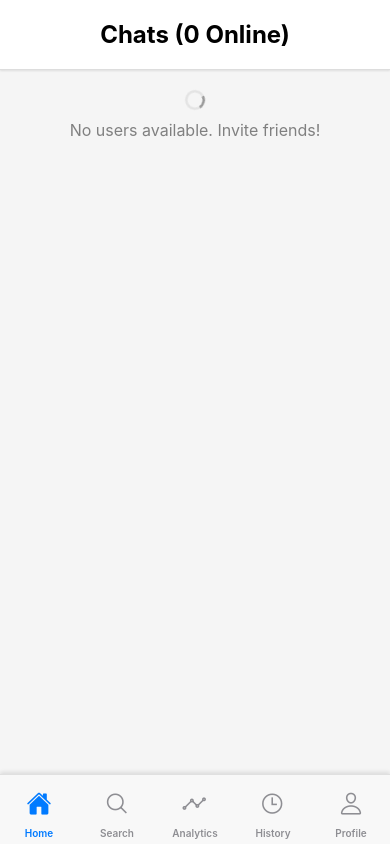
Repository: UdayRaj04/Chatapp_native
Screen: /MainTabs (app in ChatAppFrontend/)
The author's editor kept a copy of each file at every save. The screen is drawn from the files as they stood at one save, then again after the next save.
The app was drawn by React Native's web renderer in a window 390 px wide. The project was rebuilt for these pictures with package versions that can differ from the ones it lists, and the page was loaded fresh each time. Some packages were replaced by stand-ins written for this rebuild. Also part of the build but not shown: ChatAppFrontend/screens/RegisterScreen.tsx, ChatAppFrontend/screens/ChatScreen.tsx, ChatAppFrontend/screens/SearchScreen.tsx, ChatAppFrontend/screens/AnalyticsScreen.tsx, ChatAppFrontend/screens/HistoryScreen.tsx, ChatAppFrontend/screens/ProfileScreen.tsx.

Above is the screen before, as saved 2025-09-09 17:38:47.

### ChatAppFrontend/App.tsx
import 'react-native-get-random-values';  // Polyfill first
import React from 'react';
import { NavigationContainer } from '@react-navigation/native';
import { createStackNavigator } from '@react-navigation/stack';
import { createBottomTabNavigator } from '@react-navigation/bottom-tabs';
import { Ionicons } from '@expo/vector-icons';
import { LogBox, View } from 'react-native';
import { SafeAreaProvider } from 'react-native-safe-area-context';  // New: For dynamic insets

// Suppress warnings
LogBox.ignoreLogs([
  'Text strings must be rendered within a <Text> component',
  'VirtualizedList: You have a large list that is slow to initial render',
  'Require cycle:',
  /Warning: [A-Za-z ]*Text strings[A-Za-z ]*/,
]);

// Your existing screens
import LoginScreen from './screens/LoginScreen';
import RegisterScreen from './screens/RegisterScreen';
import ChatListScreen from './screens/ChatListScreen';
import ChatScreen from './screens/ChatScreen';

// Placeholder screens (ensure they exist)
import SearchScreen from './screens/SearchScreen';
import AnalyticsScreen from './screens/AnalyticsScreen';
import HistoryScreen from './screens/HistoryScreen';
import ProfileScreen from './screens/ProfileScreen';

const Stack = createStackNavigator();
const Tab = createBottomTabNavigator();

// Main Tab Navigator (enhanced with safe area for no overlap)
function MainTabs() {
  return (
    <Tab.Navigator
      screenOptions={({ route }) => ({
        tabBarIcon: ({ focused, color, size }) => {
          let iconName: keyof typeof Ionicons.glyphMap;

          if (route.name === 'Chats') {
            iconName = focused ? 'home' : 'home-outline';
          } else if (route.name === 'Search') {
            iconName = focused ? 'search' : 'search-outline';
          } else if (route.name === 'Analytics') {
            iconName = focused ? 'analytics' : 'analytics-outline';
          } else if (route.name === 'History') {
            iconName = focused ? 'time' : 'time-outline';
          } else {
            iconName = focused ? 'person' : 'person-outline';
          }

          return <Ionicons name={iconName} size={size} color={color} />;
        },
        tabBarActiveTintColor: '#007AFF',
        tabBarInactiveTintColor: '#8e8e93',
        tabBarStyle: {
          backgroundColor: '#f8f8f8',
          borderTopWidth: 0.5,
          borderTopColor: '#e0e0e0',
          elevation: 8,
          shadowColor: '#000',
          shadowOffset: { width: 0, height: -2 },
          shadowOpacity: 0.1,
          shadowRadius: 4,
          height: 70,  // Increased: Taller tab bar (60 was too tight; 70 + labels)
          paddingBottom: 5,  // Reduced top padding for balance
          paddingTop: 5,
          position: 'absolute',  // Explicit: Ensures absolute positioning
          bottom: 0,  // Pin to bottom
          left: 0,
          right: 0,
          marginBottom: 0,  // No extra margin
        },
        tabBarLabelStyle: {
          fontSize: 10,
          fontWeight: '600',
          marginBottom: 0,  // Tight labels
        },
        headerShown: false,
        lazy: true,
        // New: Apply safe area padding to tab screens (prevents overlap)
        cardStyle: { paddingBottom: 0 },  // No extra card padding
      })}
    >
      <Tab.Screen name="Chats" component={ChatListScreen} options={{ title: 'Home' }} />
      <Tab.Screen name="Search" component={SearchScreen} options={{ title: 'Search' }} />
      <Tab.Screen name="Analytics" component={AnalyticsScreen} options={{ title: 'Analytics' }} />
      <Tab.Screen name="History" component={HistoryScreen} options={{ title: 'History' }} />
      <Tab.Screen name="Profile" component={ProfileScreen} options={{ title: 'Profile' }} />
    </Tab.Navigator>
  );
}

// Main App - Wrapped in SafeAreaProvider
export default function App() {
  return (
    <SafeAreaProvider>  {/* New: Enables useSafeAreaInsets() */}
      <View style={{ flex: 1 }}>
        <NavigationContainer>
          <Stack.Navigator
            initialRouteName="Login"
            screenOptions={{
              headerShown: false,
              cardStyle: { backgroundColor: '#f5f5f5' },
            }}
          >
            <Stack.Screen name="Login" component={LoginScreen} />
            <Stack.Screen name="Register" component={RegisterScreen} />
            <Stack.Screen name="MainTabs" component={MainTabs} />
            <Stack.Screen
              name="Chat"
              component={ChatScreen}
              options={{
                headerShown: true,
                headerTitle: 'Chat',
                headerStyle: { backgroundColor: '#007AFF' },
                headerTintColor: '#fff',
                presentation: 'modal',
                // Hide tabs in chat to avoid overlap
                tabBarStyle: { display: 'none' },
              }}
            />
          </Stack.Navigator>
        </NavigationContainer>
      </View>
    </SafeAreaProvider>
  );
}

### ChatAppFrontend/screens/LoginScreen.tsx
import React, { useState } from 'react';
import {
  View,
  TextInput,
  TouchableOpacity,
  Text,
  StyleSheet,
  Alert,
  ActivityIndicator,
  KeyboardAvoidingView,
  Platform,
  Image,  // New: For logo
} from 'react-native';
import { Ionicons } from '@expo/vector-icons';  // For input icons
import { useSafeAreaInsets } from 'react-native-safe-area-context';  // For insets (provider in App.tsx)
import { useNavigation } from '@react-navigation/native';  // For navigation
import AsyncStorage from '@react-native-async-storage/async-storage';
import axios, { AxiosError } from 'axios';

const API_BASE = 'http://192.168.29.93:5000/api';

interface LoginResponse {
  token: string;
  user: {
    id?: string;
    _id?: string;
    username: string;
    email: string;
  };
}

export default function LoginScreen() {
  const [email, setEmail] = useState<string>('');
  const [password, setPassword] = useState<string>('');
  const [loading, setLoading] = useState<boolean>(false);
  const [emailError, setEmailError] = useState<string>('');
  const [passwordError, setPasswordError] = useState<string>('');
  const navigation = useNavigation<any>();
  const insets = useSafeAreaInsets();  // Use insets from root provider

  const validateEmail = (email: string): boolean => {
    const emailRegex = /^[^\s@]+@[^\s@]+\.[^\s@]+$/;
    if (!email) {
      setEmailError('Email is required');
      return false;
    }
    if (!emailRegex.test(email)) {
      setEmailError('Invalid email format');
      return false;
    }
    setEmailError('');
    return true;
  };

  const validatePassword = (password: string): boolean => {
    if (!password) {
      setPasswordError('Password is required');
      return false;
    }
    if (password.length < 6) {
      setPasswordError('Password must be at least 6 characters');
      return false;
    }
    setPasswordError('');
    return true;
  };

  const handleLogin = async (): Promise<void> => {
    if (!validateEmail(email) || !validatePassword(password)) return;

    setLoading(true);
    try {
      const response = await axios.post<LoginResponse>(`${API_BASE}/auth/login`, {
        email,
        password,
      });
      await AsyncStorage.setItem('token', response.data.token);
      await AsyncStorage.setItem('user', JSON.stringify(response.data.user));
      navigation.replace('MainTabs');  // Navigate to tabs on success
    } catch (err) {
      const error = err as AxiosError;
      Alert.alert('Login Failed', error.response?.data?.error || 'Invalid credentials');
    } finally {
      setLoading(false);
    }
  };

  return (
    <KeyboardAvoidingView
      style={[styles.container, { paddingTop: insets.top }]}
      behavior={Platform.OS === 'ios' ? 'padding' : 'height'}
      enabled={true}
    >
      {/* Title with Logo */}
      <View style={styles.titleContainer}>
        {/* New: Bigger Logo */}
        <Image
          source={require('../assets/logos.png')}  // Adjust path if needed (e.g., '../../assets/logo.png')
          style={styles.logo}
          resizeMode="contain"
        />
        <Text style={styles.title}>Seamless Chat</Text>
        <Text style={styles.subtitle}>Welcome back! Sign in to continue</Text>
      </View>

      {/* Form */}
      <View style={styles.formContainer}>
        {/* Email Input */}
        <View style={styles.inputContainer}>
          <Ionicons name="mail" size={24} color="#999" style={styles.inputIcon} />
          <TextInput
            style={[styles.input, emailError ? styles.inputError : null]}
            value={email}
            onChangeText={(text) => {
              setEmail(text);
              if (emailError) validateEmail(text);
            }}
            placeholder="Email"
            keyboardType="email-address"
            autoCapitalize="none"
            onBlur={() => validateEmail(email)}
          />
        </View>
        {emailError ? <Text style={styles.errorText}>{emailError}</Text> : null}

        {/* Password Input */}
        <View style={styles.inputContainer}>
          <Ionicons name="lock-closed" size={24} color="#999" style={styles.inputIcon} />
          <TextInput
            style={[styles.input, passwordError ? styles.inputError : null]}
            value={password}
            onChangeText={(text) => {
              setPassword(text);
              if (passwordError) validatePassword(text);
            }}
            placeholder="Password"
            secureTextEntry={true}
            onBlur={() => validatePassword(password)}
          />
        </View>
        {passwordError ? <Text style={styles.errorText}>{passwordError}</Text> : null}

        {/* Login Button */}
        <TouchableOpacity
          style={[styles.button, loading ? styles.buttonDisabled : null]}
          onPress={handleLogin}
          disabled={loading}
          activeOpacity={0.7}
        >
          {loading ? (
            <ActivityIndicator size="small" color="#fff" />
          ) : (
            <Text style={styles.buttonText}>Login</Text>
          )}
        </TouchableOpacity>

        {/* Register Link */}
        <TouchableOpacity
          style={styles.linkContainer}
          onPress={() => navigation.navigate('Register')}
        >
          <Text style={styles.linkText}>Don't have an account? Register</Text>
        </TouchableOpacity>
      </View>
    </KeyboardAvoidingView>
  );
}

const styles = StyleSheet.create({
  container: {
    flex: 1,
    backgroundColor: '#f5f5f5',
    justifyContent: 'center',
    alignItems: 'center',
  },
  titleContainer: {
    alignItems: 'center',
    marginBottom: 50,  // Increased: More space after logo/title to form
  },
  // New: Logo Style (Bigger, Centered)
  logo: {
    width: 120,  // Bigger size - adjust as needed (e.g., 100 for smaller)
    height: 120,
    marginBottom: 20,  // Space between logo and title
    alignSelf: 'center',
  },
  title: {
    fontSize: 32,
    fontWeight: 'bold',
    color: '#333',
    marginBottom: 5,
  },
  subtitle: {
    fontSize: 16,
    color: '#666',
    textAlign: 'center',
  },
  formContainer: {
    width: '85%',  // Responsive width
    alignItems: 'center',
  },
  inputContainer: {
    flexDirection: 'row',
    alignItems: 'center',
    backgroundColor: '#fff',
    borderRadius: 10,
    marginBottom: 15,
    paddingHorizontal: 15,
    elevation: 2,
    shadowColor: '#000',
    shadowOffset: { width: 0, height: 1 },
    shadowOpacity: 0.1,
    shadowRadius: 2,
    width: '100%',
  },
  inputIcon: {
    marginRight: 10,
  },
  input: {
    flex: 1,
    paddingVertical: 12,
    fontSize: 16,
    color: '#333',
  },
  inputError: {
    borderWidth: 1,
    borderColor: '#ff6b6b',
  },
  errorText: {
    color: '#ff6b6b',
    fontSize: 12,
    marginBottom: 10,
    alignSelf: 'flex-start',
  },
  button: {
    backgroundColor: '#007AFF',
    borderRadius: 10,
    paddingVertical: 15,
    width: '100%',
    alignItems: 'center',
    marginTop: 10,
    elevation: 2,
    shadowColor: '#007AFF',
    shadowOffset: { width: 0, height: 2 },
    shadowOpacity: 0.2,
    shadowRadius: 4,
  },
  buttonDisabled: {
    backgroundColor: '#ccc',
  },
  buttonText: {
    color: '#fff',
    fontSize: 18,
    fontWeight: 'bold',
  },
  linkContainer: {
    marginTop: 20,
    alignItems: 'center',
  },
  linkText: {
    color: '#007AFF',
    fontSize: 16,
    textDecorationLine: 'underline',
  },
});

### ChatAppFrontend/screens/ChatListScreen.tsx
import React, { useState, useEffect } from 'react';
import {
  View,
  FlatList,
  Text,
  TouchableOpacity,
  StyleSheet,
  Alert,
  ActivityIndicator,
} from 'react-native';
import { Ionicons } from '@expo/vector-icons';  // New: For user icons (person-circle)
import { useSafeAreaInsets } from 'react-native-safe-area-context';  // From previous (for padding)
import AsyncStorage from '@react-native-async-storage/async-storage';
import axios, { AxiosError } from 'axios';
import io, { Socket } from 'socket.io-client';

const API_BASE = 'http://192.168.29.93:5000/api';

interface User {
  _id: string;
  id?: string;
  username: string;
  email: string;
}

export default function ChatListScreen({ navigation }: { navigation: any }) {
  const [users, setUsers] = useState<User[]>([]);
  const [loading, setLoading] = useState<boolean>(true);
  const [currentUser, setCurrentUser] = useState<User | null>(null);
  const [socket, setSocket] = useState<Socket | null>(null);
  const [onlineUsers, setOnlineUsers] = useState<Set<string>>(new Set());

  // Safe area for dynamic padding (from previous)
  const insets = useSafeAreaInsets();
  const bottomPadding = Math.max(120, insets.bottom + 70);

  useEffect(() => {
    loadUser();
    fetchUsers();

    const initSocket = async () => {
      const token = await AsyncStorage.getItem('token');
      if (token) {
        const newSocket = io(API_BASE.replace('/api', ''), {
          auth: { token },
        });
        setSocket(newSocket);
        newSocket.on('connect_error', () => Alert.alert('Socket Error', 'Connection failed'));

        newSocket.on('userOnline', (data) => {
          console.log('User online:', data.userId);
          setOnlineUsers((prev) => new Set([...prev, data.userId]));
        });

        newSocket.on('userOffline', (data) => {
          console.log('User offline:', data.userId);
          setOnlineUsers((prev) => {
            const newSet = new Set(prev);
            newSet.delete(data.userId);
            return newSet;
          });
        });

        newSocket.on('onlineUsersList', (data) => {
          console.log('Initial online users:', data.onlineUsers);
          setOnlineUsers(new Set(data.onlineUsers));
        });

        newSocket.on('connect', () => {
          console.log('Socket connected - requesting online users');
          newSocket.emit('getOnlineUsers');
        });
      }
    };
    initSocket();

    return () => {
      socket?.disconnect();
    };
  }, []);

  const loadUser = async (): Promise<void> => {
    const userStr = await AsyncStorage.getItem('user');
    if (userStr) {
      setCurrentUser(JSON.parse(userStr));
    }
    setLoading(false);
  };

  const fetchUsers = async (): Promise<void> => {
    const token = await AsyncStorage.getItem('token');
    if (!token) return;
    try {
      const response = await axios.get<User[]>(`${API_BASE}/users`, {
        headers: { Authorization: `Bearer ${token}` },
      });
      const validUsers = response.data.filter(u =>
        u && u.username && (u._id || u.id) && typeof u.username === 'string'
      );
      setUsers(validUsers);
    } catch (err) {
      const error = err as AxiosError;
      Alert.alert('Error', error.response?.data?.error || 'Failed to load users');
    }
  };

  const startChat = (otherUser: User): void => {
    const userId = otherUser.id || otherUser._id;
    console.log('Starting chat with userId:', userId);
    if (!userId) {
      Alert.alert('Error', 'Invalid user data');
      return;
    }
    navigation.navigate('Chat', {
      otherUserId: userId,
      otherUserName: otherUser.username,
    });
  };

  const renderUser = ({ item }: { item: User }): JSX.Element => {
    if (!item || !item.username || !(item._id || item.id)) {
      return (
        <View style={styles.userItem}>
          <View style={styles.userContent}>
            <Text style={styles.username}>Invalid user entry</Text>
          </View>
        </View>
      );
    }
    const userId = item.id || item._id;
    const isOnline = onlineUsers.has(userId);
    const userIdShort = userId.substring(0, 8) + '...';
    return (
      <TouchableOpacity onPress={() => startChat(item)} style={styles.userItem} activeOpacity={0.7}>
        <View style={styles.userContent}>
          {/* New: User icon on left */}
          <View style={styles.iconContainer}>
            <Ionicons
              name="person-circle"
              size={50}
              color={isOnline ? '#4CAF50' : '#ccc'}  // Green for online, gray for offline
            />
            {/* Optional: Small online dot (green circle below icon) */}
            {isOnline && (
              <View style={styles.onlineDot} />
            )}
          </View>
          {/* Text content on right */}
          <View style={styles.textContent}>
            <Text style={styles.username}>{item.username}</Text>
            {isOnline && <Text style={styles.onlineBadge}>Online</Text>}
            <Text style={styles.idText}>{"(ID: " + userIdShort + ")"}</Text>
          </View>
        </View>
      </TouchableOpacity>
    );
  };

  const renderEmpty = (): JSX.Element => (
    <View style={[styles.emptyContainer, { paddingBottom: bottomPadding }]}>
      <ActivityIndicator size="small" color="#999" />
      <Text style={styles.emptyText}>No users available. Invite friends!</Text>
    </View>
  );

  if (loading) {
    return (
      <View style={styles.loadingContainer}>
        <ActivityIndicator size="large" color="#0000ff" />
        <Text style={styles.loadingText}>Loading chats...</Text>
      </View>
    );
  }

  return (
    <View style={styles.container}>
      <Text style={styles.title}>Chats ({onlineUsers.size} Online)</Text>
      <FlatList
        data={users}
        keyExtractor={(item, index) => (item._id || item.id || index.toString())}
        renderItem={renderUser}
        ListEmptyComponent={renderEmpty}
        contentContainerStyle={[styles.listContent, { paddingBottom: bottomPadding }]}
        style={{ flex: 1 }}
        keyboardShouldPersistTaps="handled"
        bounces={true}
        showsVerticalScrollIndicator={true}
        initialNumToRender={10}
        maxToRenderPerBatch={5}
        windowSize={10}
        removeClippedSubviews={true}
        extraData={users}
        getItemLayout={(data, index) => ({ length: 70, offset: 70 * index, index })}
      />
    </View>
  );
}

const styles = StyleSheet.create({
  container: {
    flex: 1,
    backgroundColor: '#f5f5f5',
  },
  title: {
    fontSize: 24,
    fontWeight: 'bold',
    padding: 20,
    textAlign: 'center',
    backgroundColor: '#fff',
    borderBottomWidth: 1,
    borderBottomColor: '#ddd',
    elevation: 2,
    shadowColor: '#000',
    shadowOffset: { width: 0, height: 1 },
    shadowOpacity: 0.1,
    shadowRadius: 2,
  },
  loadingContainer: {
    flex: 1,
    justifyContent: 'center',
    alignItems: 'center',
  },
  loadingText: {
    marginTop: 10,
    fontSize: 16,
    color: '#666',
  },
  listContent: {
    paddingHorizontal: 10,
  },
  userItem: {
    backgroundColor: '#fff',
    marginVertical: 5,
    marginHorizontal: 10,
    borderRadius: 10,
    padding: 15,
    elevation: 2,
    shadowColor: '#000',
    shadowOffset: { width: 0, height: 1 },
    shadowOpacity: 0.2,
    shadowRadius: 1.41,
    // New: Taller for icon row
    minHeight: 70,
  },
  userContent: {
    flex: 1,
    flexDirection: 'row',  // New: Row for icon + text
    alignItems: 'center',  // New: Vertical center
  },
  // New: Icon container (left side)
  iconContainer: {
    marginRight: 15,  // Space between icon and text
    position: 'relative',  // For online dot positioning
  },
  // New: Text content wrapper (right side)
  textContent: {
    flex: 1,  // Take remaining space
    flexDirection: 'column',  // Stack username, badge, ID
    justifyContent: 'flex-start',
  },
  username: {
    fontSize: 18,
    fontWeight: 'bold',
    marginBottom: 2,  // Small space before badge/ID
  },
  onlineBadge: {
    fontSize: 12,
    color: '#4CAF50',
    fontWeight: 'bold',
    marginBottom: 2,
  },
  idText: {
    fontSize: 12,
    color: 'gray',
  },
  // New: Online status dot (small green circle under icon)
  onlineDot: {
    position: 'absolute',
    bottom: 0,
    right: 0,
    width: 12,
    height: 12,
    borderRadius: 6,
    backgroundColor: '#4CAF50',
    borderWidth: 2,
    borderColor: '#fff',  // White border for visibility
  },
  emptyContainer: {
    justifyContent: 'center',
    alignItems: 'center',
    padding: 20,
  },
  emptyText: {
    fontSize: 16,
    color: 'gray',
    textAlign: 'center',
    marginTop: 10,
  },
});

Loaded but not shown: ChatAppFrontend/index.ts (common file)

After the next save:
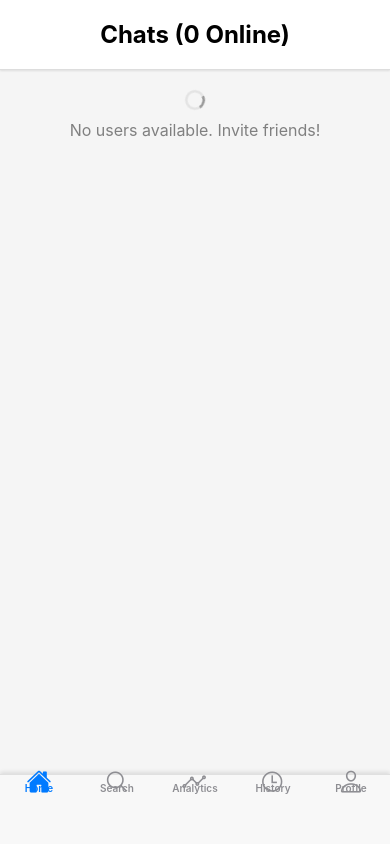
Saved 5 s later.
--- a/ChatAppFrontend/App.tsx
+++ b/ChatAppFrontend/App.tsx
@@ -64,7 +64,7 @@ function MainTabs() {
           shadowOpacity: 0.1,
           shadowRadius: 4,
           height: 70,  // Increased: Taller tab bar (60 was too tight; 70 + labels)
-          paddingBottom: 5,  // Reduced top padding for balance
+          paddingBottom: 50,  // Reduced top padding for balance
           paddingTop: 5,
           position: 'absolute',  // Explicit: Ensures absolute positioning
           bottom: 0,  // Pin to bottom
